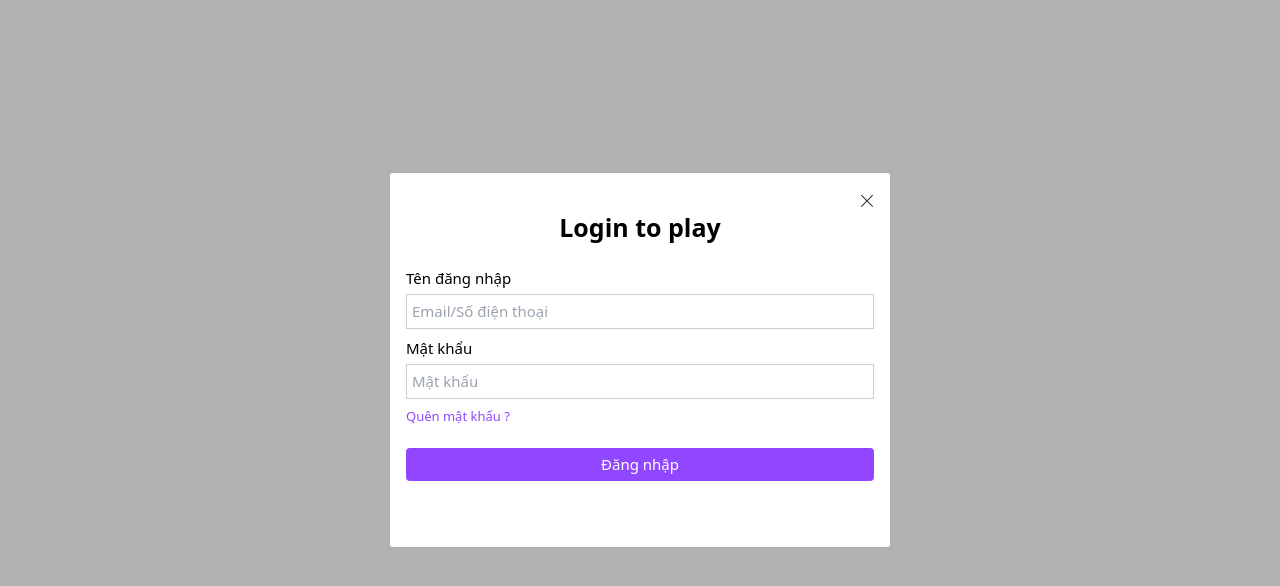
Repository: Teddy1705/demo_pj
Page: /
These files come from the project's save history. The page is drawn as it stood at one moment and after the next save; the edit follows.
The browser window is 1280 px wide. The pictures show the whole page.
The project was rebuilt for these pictures with package versions that can differ from the ones it lists, and the page was loaded fresh each time. Also part of the build but not shown: vite.config.js.

Above is the page before, as saved 2024-04-16 11:21:30.

### index.html
<!DOCTYPE html>
<html lang="en">
  <head>
    <meta charset="UTF-8" />
    <link rel="icon" type="image/svg+xml" href="/vite.svg" />
    <meta name="viewport" content="width=device-width, initial-scale=1.0" />
    <title>Tic Tac Toe</title>
    <link rel="stylesheet" href="./src/index.css" />
    <link
      rel="stylesheet"
      href="./src/assets/themify-icons/themify-icons.css"
    />
  </head>
  <body>
    <div id="root"></div>
    <script type="module" src="/src/main.jsx"></script>
  </body>
</html>

### src/index.css
:root {
  --white-color: #fff;
  --black-color: #000;
}

/*
1. Prevent padding and border from affecting element width. (https://github.com/mozdevs/cssremedy/issues/4)
2. Allow adding a border to an element by just adding a border-width. (https://github.com/tailwindcss/tailwindcss/pull/116)
*/

*,
::before,
::after {
  box-sizing: border-box;
  /* 1 */
  border-width: 0;
  /* 2 */
  border-style: solid;
  /* 2 */
  border-color: #e5e7eb;
  /* 2 */
}

::before,
::after {
  --tw-content: "";
}

/*
1. Use a consistent sensible line-height in all browsers.
2. Prevent adjustments of font size after orientation changes in iOS.
3. Use a more readable tab size.
4. Use the user's configured `sans` font-family by default.
5. Use the user's configured `sans` font-feature-settings by default.
6. Use the user's configured `sans` font-variation-settings by default.
7. Disable tap highlights on iOS
*/

html,
:host {
  line-height: 1.5;
  /* 1 */
  -webkit-text-size-adjust: 100%;
  /* 2 */
  -moz-tab-size: 4;
  /* 3 */
  -o-tab-size: 4;
  tab-size: 4;
  /* 3 */
  font-family: ui-sans-serif, system-ui, sans-serif, "Apple Color Emoji",
    "Segoe UI Emoji", "Segoe UI Symbol", "Noto Color Emoji";
  /* 4 */
  font-feature-settings: normal;
  /* 5 */
  font-variation-settings: normal;
  /* 6 */
  -webkit-tap-highlight-color: transparent;
  /* 7 */
}

/*
1. Remove the margin in all browsers.
2. Inherit line-height from `html` so users can set them as a class directly on the `html` element.
*/

body {
  margin: 0;
  /* 1 */
  line-height: inherit;
  /* 2 */
}

/*
1. Add the correct height in Firefox.
2. Correct the inheritance of border color in Firefox. (https://bugzilla.mozilla.org/show_bug.cgi?id=190655)
3. Ensure horizontal rules are visible by default.
*/

hr {
  height: 0;
  /* 1 */
  color: inherit;
  /* 2 */
  border-top-width: 1px;
  /* 3 */
}

/*
Add the correct text decoration in Chrome, Edge, and Safari.
*/

abbr:where([title]) {
  -webkit-text-decoration: underline dotted;
  text-decoration: underline dotted;
}

/*
Remove the default font size and weight for headings.
*/

h1,
h2,
h3,
h4,
h5,
h6 {
  font-size: inherit;
  font-weight: inherit;
}

/*
Reset links to optimize for opt-in styling instead of opt-out.
*/

a {
  color: inherit;
  text-decoration: inherit;
}

/*
Add the correct font weight in Edge and Safari.
*/

b,
strong {
  font-weight: bolder;
}

/*
1. Use the user's configured `mono` font-family by default.
2. Use the user's configured `mono` font-feature-settings by default.
3. Use the user's configured `mono` font-variation-settings by default.
4. Correct the odd `em` font sizing in all browsers.
*/

code,
kbd,
samp,
pre {
  font-family: ui-monospace, SFMono-Regular, Menlo, Monaco, Consolas,
    "Liberation Mono", "Courier New", monospace;
  /* 1 */
  font-feature-settings: normal;
  /* 2 */
  font-variation-settings: normal;
  /* 3 */
  font-size: 1em;
  /* 4 */
}

/*
Add the correct font size in all browsers.
*/

small {
  font-size: 80%;
}

/*
Prevent `sub` and `sup` elements from affecting the line height in all browsers.
*/

sub,
sup {
  font-size: 75%;
  line-height: 0;
  position: relative;
  vertical-align: baseline;
}

sub {
  bottom: -0.25em;
}

sup {
  top: -0.5em;
}

/*
1. Remove text indentation from table contents in Chrome and Safari. (https://bugs.chromium.org/p/chromium/issues/detail?id=999088, https://bugs.webkit.org/show_bug.cgi?id=201297)
2. Correct table border color inheritance in all Chrome and Safari. (https://bugs.chromium.org/p/chromium/issues/detail?id=935729, https://bugs.webkit.org/show_bug.cgi?id=195016)
3. Remove gaps between table borders by default.
*/

table {
  text-indent: 0;
  /* 1 */
  border-color: inherit;
  /* 2 */
  border-collapse: collapse;
  /* 3 */
}

/*
1. Change the font styles in all browsers.
2. Remove the margin in Firefox and Safari.
3. Remove default padding in all browsers.
*/

button,
input,
optgroup,
select,
textarea {
  font-family: inherit;
  /* 1 */
  font-feature-settings: inherit;
  /* 1 */
  font-variation-settings: inherit;
  /* 1 */
  font-size: 100%;
  /* 1 */
  font-weight: inherit;
  /* 1 */
  line-height: inherit;
  /* 1 */
  letter-spacing: inherit;
  /* 1 */
  color: inherit;
  /* 1 */
  margin: 0;
  /* 2 */
  padding: 0;
  /* 3 */
}

/*
Remove the inheritance of text transform in Edge and Firefox.
*/

button,
select {
  text-transform: none;
}

/*
1. Correct the inability to style clickable types in iOS and Safari.
2. Remove default button styles.
*/

button,
input:where([type="button"]),
input:where([type="reset"]),
input:where([type="submit"]) {
  -webkit-appearance: button;
  /* 1 */
  background-color: transparent;
  /* 2 */
  background-image: none;
  /* 2 */
}

/*
Use the modern Firefox focus style for all focusable elements.
*/

:-moz-focusring {
  outline: auto;
}

/*
Remove the additional `:invalid` styles in Firefox. (https://github.com/mozilla/gecko-dev/blob/2f9eacd9d3d995c937b4251a5557d95d494c9be1/layout/style/res/forms.css#L728-L737)
*/

:-moz-ui-invalid {
  box-shadow: none;
}

/*
Add the correct vertical alignment in Chrome and Firefox.
*/

progress {
  vertical-align: baseline;
}

/*
Correct the cursor style of increment and decrement buttons in Safari.
*/

::-webkit-inner-spin-button,
::-webkit-outer-spin-button {
  height: auto;
}

/*
1. Correct the odd appearance in Chrome and Safari.
2. Correct the outline style in Safari.
*/

[type="search"] {
  -webkit-appearance: textfield;
  /* 1 */
  outline-offset: -2px;
  /* 2 */
}

/*
Remove the inner padding in Chrome and Safari on macOS.
*/

::-webkit-search-decoration {
  -webkit-appearance: none;
}

/*
1. Correct the inability to style clickable types in iOS and Safari.
2. Change font properties to `inherit` in Safari.
*/

::-webkit-file-upload-button {
  -webkit-appearance: button;
  /* 1 */
  font: inherit;
  /* 2 */
}

/*
Add the correct display in Chrome and Safari.
*/

summary {
  display: list-item;
}

/*
Removes the default spacing and border for appropriate elements.
*/

blockquote,
dl,
dd,
h1,
h2,
h3,
h4,
h5,
h6,
hr,
figure,
p,
pre {
  margin: 0;
}

fieldset {
  margin: 0;
  padding: 0;
}

legend {
  padding: 0;
}

ol,
ul,
menu {
  list-style: none;
  margin: 0;
  padding: 0;
}

/*
Reset default styling for dialogs.
*/

dialog {
  padding: 0;
}

/*
Prevent resizing textareas horizontally by default.
*/

textarea {
  resize: vertical;
}

/*
1. Reset the default placeholder opacity in Firefox. (https://github.com/tailwindlabs/tailwindcss/issues/3300)
2. Set the default placeholder color to the user's configured gray 400 color.
*/

input::-moz-placeholder,
textarea::-moz-placeholder {
  opacity: 1;
  /* 1 */
  color: #9ca3af;
  /* 2 */
}

input::placeholder,
textarea::placeholder {
  opacity: 1;
  /* 1 */
  color: #9ca3af;
  /* 2 */
}

/*
Set the default cursor for buttons.
*/

button,
[role="button"] {
  cursor: pointer;
}

/*
Make sure disabled buttons don't get the pointer cursor.
*/

:disabled {
  cursor: default;
}

/*
1. Make replaced elements `display: block` by default. (https://github.com/mozdevs/cssremedy/issues/14)
2. Add `vertical-align: middle` to align replaced elements more sensibly by default. (https://github.com/jensimmons/cssremedy/issues/14#issuecomment-634934210)
   This can trigger a poorly considered lint error in some tools but is included by design.
*/

img,
svg,
video,
canvas,
audio,
iframe,
embed,
object {
  display: block;
  /* 1 */
  vertical-align: middle;
  /* 2 */
}

/*
Constrain images and videos to the parent width and preserve their intrinsic aspect ratio. (https://github.com/mozdevs/cssremedy/issues/14)
*/

img,
video {
  max-width: 100%;
  height: auto;
}

/* Make elements with the HTML hidden attribute stay hidden by default */

[hidden] {
  display: none;
}

*,
::before,
::after {
  --tw-border-spacing-x: 0;
  --tw-border-spacing-y: 0;
  --tw-translate-x: 0;
  --tw-translate-y: 0;
  --tw-rotate: 0;
  --tw-skew-x: 0;
  --tw-skew-y: 0;
  --tw-scale-x: 1;
  --tw-scale-y: 1;
  --tw-pan-x: ;
  --tw-pan-y: ;
  --tw-pinch-zoom: ;
  --tw-scroll-snap-strictness: proximity;
  --tw-gradient-from-position: ;
  --tw-gradient-via-position: ;
  --tw-gradient-to-position: ;
  --tw-ordinal: ;
  --tw-slashed-zero: ;
  --tw-numeric-figure: ;
  --tw-numeric-spacing: ;
  --tw-numeric-fraction: ;
  --tw-ring-inset: ;
  --tw-ring-offset-width: 0px;
  --tw-ring-offset-color: #fff;
  --tw-ring-color: rgb(59 130 246 / 0.5);
  --tw-ring-offset-shadow: 0 0 #0000;
  --tw-ring-shadow: 0 0 #0000;
  --tw-shadow: 0 0 #0000;
  --tw-shadow-colored: 0 0 #0000;
  --tw-blur: ;
  --tw-brightness: ;
  --tw-contrast: ;
  --tw-grayscale: ;
  --tw-hue-rotate: ;
  --tw-invert: ;
  --tw-saturate: ;
  --tw-sepia: ;
  --tw-drop-shadow: ;
  --tw-backdrop-blur: ;
  --tw-backdrop-brightness: ;
  --tw-backdrop-contrast: ;
  --tw-backdrop-grayscale: ;
  --tw-backdrop-hue-rotate: ;
  --tw-backdrop-invert: ;
  --tw-backdrop-opacity: ;
  --tw-backdrop-saturate: ;
  --tw-backdrop-sepia: ;
  --tw-contain-size: ;
  --tw-contain-layout: ;
  --tw-contain-paint: ;
  --tw-contain-style: ;
}

::backdrop {
  --tw-border-spacing-x: 0;
  --tw-border-spacing-y: 0;
  --tw-translate-x: 0;
  --tw-translate-y: 0;
  --tw-rotate: 0;
  --tw-skew-x: 0;
  --tw-skew-y: 0;
  --tw-scale-x: 1;
  --tw-scale-y: 1;
  --tw-pan-x: ;
  --tw-pan-y: ;
  --tw-pinch-zoom: ;
  --tw-scroll-snap-strictness: proximity;
  --tw-gradient-from-position: ;
  --tw-gradient-via-position: ;
  --tw-gradient-to-position: ;
  --tw-ordinal: ;
  --tw-slashed-zero: ;
  --tw-numeric-figure: ;
  --tw-numeric-spacing: ;
  --tw-numeric-fraction: ;
  --tw-ring-inset: ;
  --tw-ring-offset-width: 0px;
  --tw-ring-offset-color: #fff;
  --tw-ring-color: rgb(59 130 246 / 0.5);
  --tw-ring-offset-shadow: 0 0 #0000;
  --tw-ring-shadow: 0 0 #0000;
  --tw-shadow: 0 0 #0000;
  --tw-shadow-colored: 0 0 #0000;
  --tw-blur: ;
  --tw-brightness: ;
  --tw-contrast: ;
  --tw-grayscale: ;
  --tw-hue-rotate: ;
  --tw-invert: ;
  --tw-saturate: ;
  --tw-sepia: ;
  --tw-drop-shadow: ;
  --tw-backdrop-blur: ;
  --tw-backdrop-brightness: ;
  --tw-backdrop-contrast: ;
  --tw-backdrop-grayscale: ;
  --tw-backdrop-hue-rotate: ;
  --tw-backdrop-invert: ;
  --tw-backdrop-opacity: ;
  --tw-backdrop-saturate: ;
  --tw-backdrop-sepia: ;
  --tw-contain-size: ;
  --tw-contain-layout: ;
  --tw-contain-paint: ;
  --tw-contain-style: ;
}

#modal {
  position: fixed;
  top: 0;
  right: 0;
  bottom: 0;
  left: 0;
  display: flex;
  align-items: center;
  justify-content: center;
}

#modal .modal__overlay {
  position: absolute;
  width: 100%;
  height: 100%;
  background-color: rgba(0, 0, 0, 0.3);
}

#modal .modal__body {
  position: relative;
  background-color: var(--white-color);
  margin: auto;
  width: 500px;
  min-height: 300px;
  padding: 16px;
  border-radius: 3px;
}

.auth-form__logo-game {
  display: flex;
  align-items: center;
  justify-content: center;
  width: 70px;
}

.auth-form__heading {
  font-size: 25px;
  font-weight: 700;
  text-align: center;
  margin: 20px 0;
}

.auth-form__close {
  position: absolute;
  top: 0;
  right: 0;
  font-size: 14px;
  padding: 18px 16px;
}

.auth-form__close:hover {
  background-color: #ccc;
  cursor: pointer;
}

.auth-form__info {
}

.auth-form__info-details {
}

.auth-form__label {
  display: block;
  font-size: 15px;
  font-weight: 500;
}

.auth-form__info-input {
  border: 1px solid #ccc;
  width: 100%;
  font-size: 15px;
  padding: 5px;
  margin: 5px 0 8px;
}

.auth-form__help {
  font-size: 13px;
  font-weight: 400;
  color: #9147ff;
  margin-bottom: 22px;
}

.auth-form__btn {
  width: 100%;
  background-color: #9147ff;
  color: #fff;
  font-size: 15px;
  font-weight: 500;
  padding: 5px;
  border-radius: 4px;
  margin-bottom: 50px;
}

### src/main.jsx
import React from "react";
import ReactDOM from "react-dom/client";
import App from "./App.jsx";
import { createBrowserRouter, RouterProvider } from "react-router-dom";
import Root from "./routes/root";
import "./index.css";

const router = createBrowserRouter([
  {
    path: "/",
    element: <Root />,
  },
]);

ReactDOM.createRoot(document.getElementById("root")).render(
  <React.StrictMode>
    <RouterProvider router={router} />
    <App />
  </React.StrictMode>
);

### src/routes/root.jsx
export default function Root() {
  return (
    <>
      <div id="modal">
        <div className="modal__overlay"></div>
        <div className="modal__body">
          <h1 className="auth-form__heading">Login to play</h1>
          <div className="auth-form__close">
            <i className="ti-close"></i>
          </div>
          <div className="auth-form__info">
            <div className="auth-form__info-details">
              <label htmlFor="" className="auth-form__label">
                Tên đăng nhập
              </label>
              <input
                type="text"
                className="auth-form__info-input"
                placeholder="Email/Số điện thoại"
              />
            </div>
            <div className="auth-form__info-details">
              <label htmlFor="" className="auth-form__label">
                Mật khẩu
              </label>
              <input
                type="password"
                className="auth-form__info-input"
                placeholder="Mật khẩu"
              />
            </div>
          </div>
          <div className="auth-form__help">Quên mật khẩu ?</div>
          <button className="auth-form__btn">
            <a
              href={`https://codesandbox.io/s/q2z497?file=%2Fsrc%2FApp.js&utm_medium=sandpack`}
              className=""
            >
              Đăng nhập
            </a>
          </button>
        </div>
      </div>
      <div id="detail"></div>
    </>
  );
}

Loaded but not shown: src/assets/themify-icons/themify-icons.css (common file); src/App.jsx (common file)

After the next save:
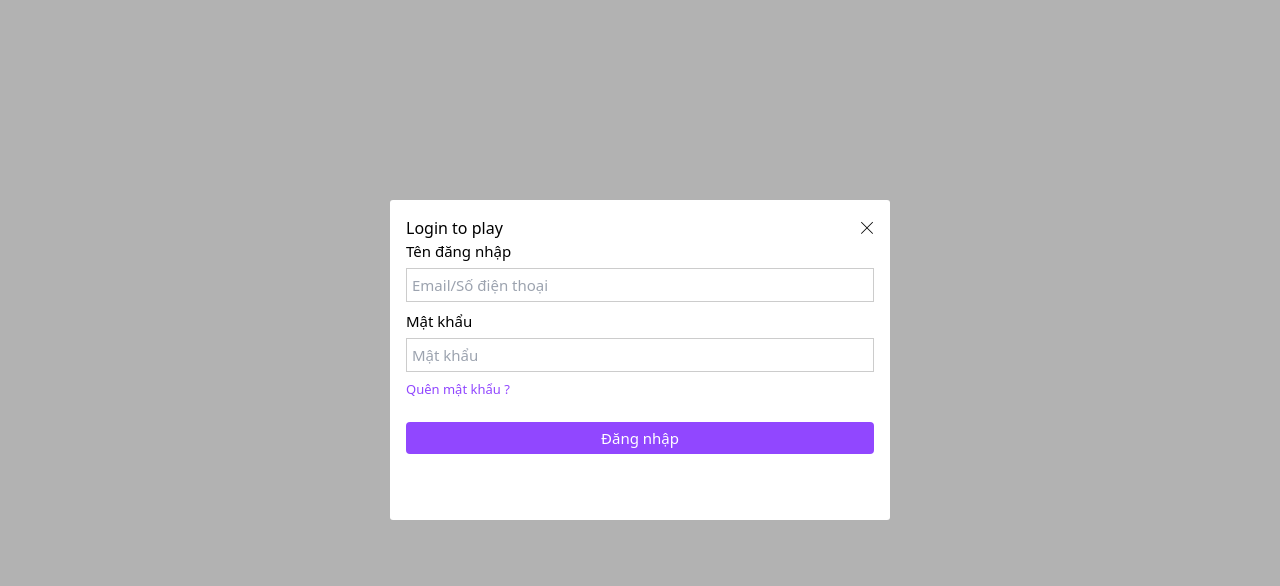
Saved 2 s later.
--- a/src/index.css
+++ b/src/index.css
@@ -588,11 +588,6 @@ video {
   border-radius: 3px;
 }
 
-.auth-form__logo-game {
-  display: flex;
-  align-items: center;
-  justify-content: center;
-  width: 70px;
 }
 
 .auth-form__heading {

After the save that followed:
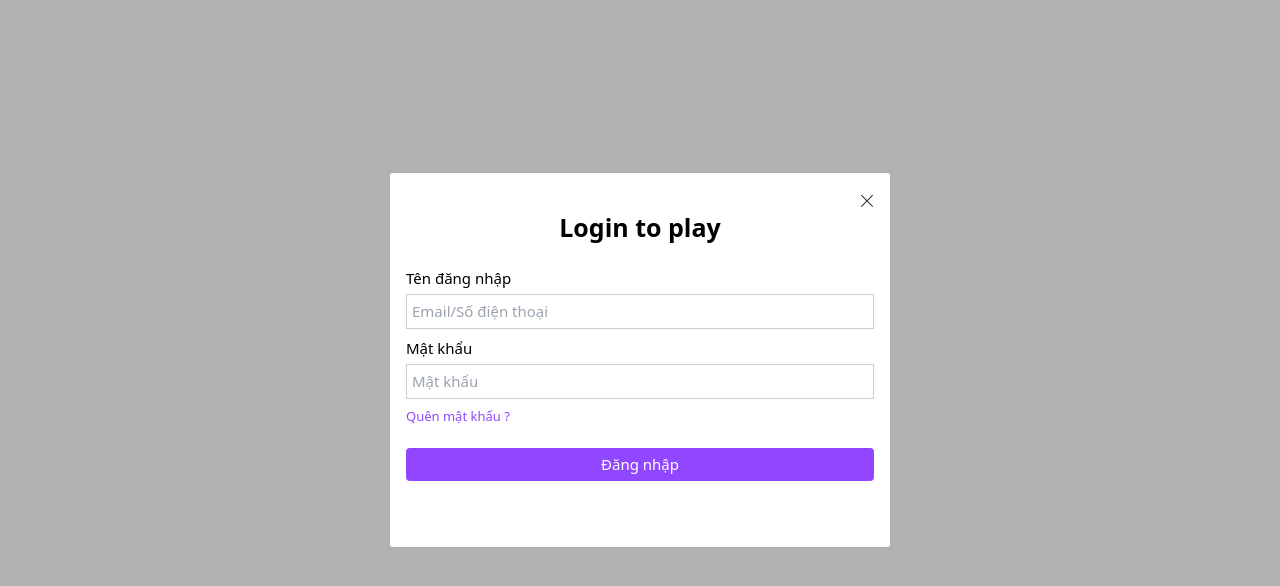
Saved 7 s later.
--- a/src/index.css
+++ b/src/index.css
@@ -588,8 +588,6 @@ video {
   border-radius: 3px;
 }
 
-}
-
 .auth-form__heading {
   font-size: 25px;
   font-weight: 700;
